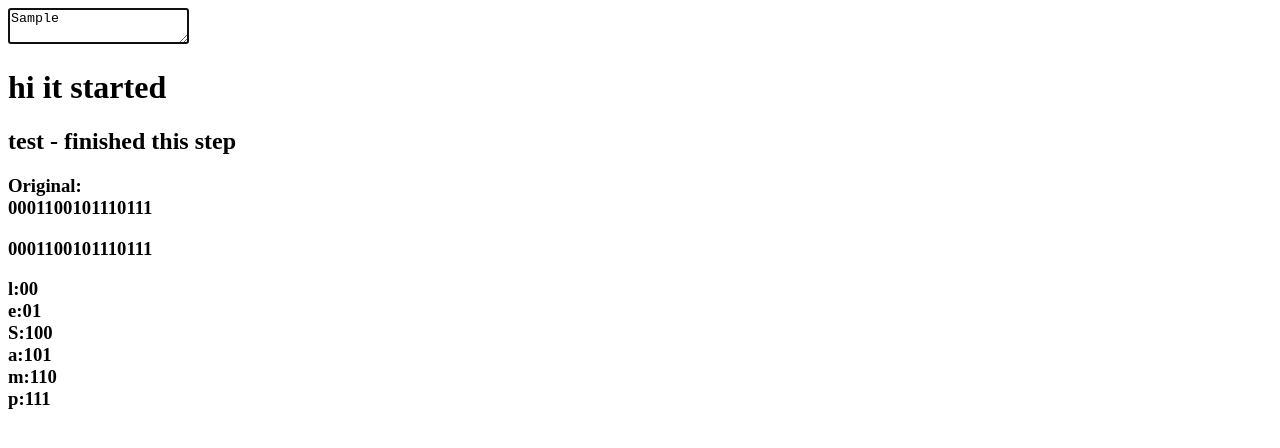
Repository: rdass1/HuffmanCoding-Decoding
Page: index.html
These files come from the project's save history. The page is drawn as it stood at one moment and after the next save; the edit follows.
The browser window is 1280 px wide. The pictures show the whole page.
Empty fields were first filled with sample values (such as "Sample", 5 or name@example.com).
After loading, the first visible `#encoderInput` was changed once.

Above is the page before, as saved 2021-11-27 01:35:36.
Console error: TypeError: Cannot read properties of null (reading 'c')

After the next save:
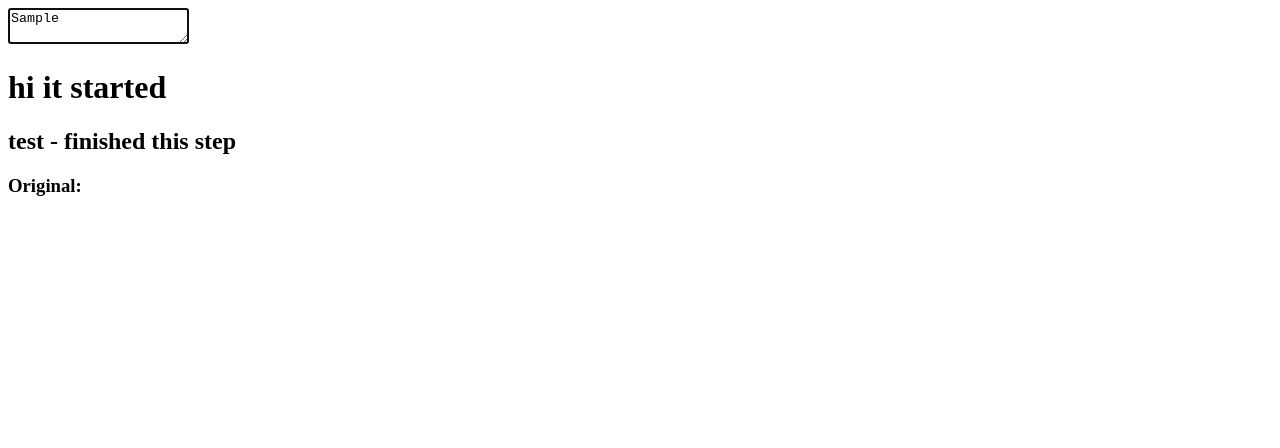
Saved 6 s later.
--- a/javascript/huffmanNode.js
+++ b/javascript/huffmanNode.js
@@ -40,7 +40,7 @@ HuffmanCoding.prototype = {
         var root = null;
         queue.sort(function(a,b){return a.data-b.data});
 
-        while(queue.length>1){
+        while(queue.length1){
             var x = queue[0];
             queue.shift();
             var y = queue[0];
